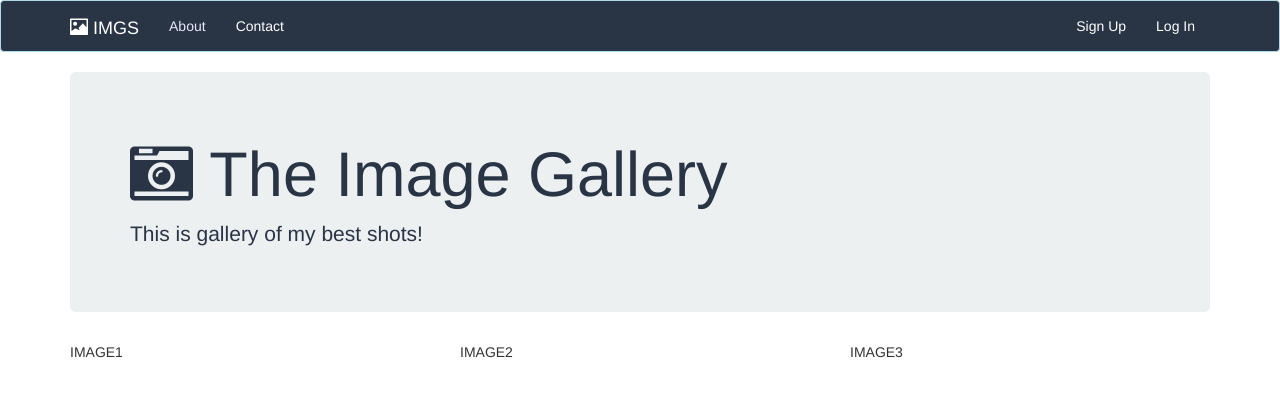
Repository: mmaurice/WebDev
Page: ImageGallery/workspace/gallery.html
The author's editor kept a record of every edit. The page is drawn from the files as they stood at one moment, then again after the next edit.
The browser window is 1280 px wide. The pictures show the whole page.
The pointer rests on the first visible `.navbar-default .navbar-nav > li > a`.

Above is the page before.

### ImageGallery/workspace/gallery.html
<!DOCTYPE html>
<html>
<head>
	<title>Image Gallery</title>
	<link rel="stylesheet" href="https://maxcdn.bootstrapcdn.com/bootstrap/3.3.7/css/bootstrap.min.css" integrity="sha384-BVYiiSIFeK1dGmJRAkycuHAHRg32OmUcww7on3RYdg4Va+PmSTsz/K68vbdEjh4u" crossorigin="anonymous">
	<link rel="stylesheet" href="https://cdnjs.cloudflare.com/ajax/libs/font-awesome/4.7.0/css/font-awesome.min.css">
	<link rel="stylesheet" type="text/css" href="styles.css">
</head>
<body>

<nav class="navbar navbar-default">
  <div class="container">
    <!-- Brand and toggle get grouped for better mobile display -->
    <div class="navbar-header">
      <button type="button" class="navbar-toggle collapsed" data-toggle="collapse" data-target="#bs-example-navbar-collapse-1" aria-expanded="false">
        <span class="sr-only">Toggle navigation</span>
        <span class="icon-bar"></span>
        <span class="icon-bar"></span>
        <span class="icon-bar"></span>
      </button>
      <div class="brand-icon">
        <a class="navbar-brand" href="#">
          <span class="glyphicon glyphicon-picture"></span>
          IMGS
        </a>
      </div>

    </div>

    <!-- Collect the nav links, forms, and other content for toggling -->
    <div class="collapse navbar-collapse" id="bs-example-navbar-collapse-1">
      <ul class="nav navbar-nav">
        <li><a href="#">About</a></li>
        <li><a href="#">Contact</a></li>
      </ul>
      <ul class="nav navbar-nav navbar-right">
        <li><a href="#">Sign Up</a></li>
        <li><a href="#">Log In</a></li>
      </ul>
    </div><!-- /.navbar-collapse -->
  </div><!-- /.container -->
</nav>

<div class="container">
  <div class="jumbotron">
    <h1>
      <span class="fa fa-camera-retro"></span>
      The Image Gallery
    </h1>
    <p>This is gallery of my best shots!</p>
  </div>
</div>

<div class="container">
  <div class="row">
    <div class="col-md-4">
      <p>IMAGE1</p>
    </div>
    <div class="col-md-4">
      <p>IMAGE2</p>
    </div>
    <div class="col-md-4">
      <p>IMAGE3</p>
    </div>
  </div>

</div>


<script
  src="https://code.jquery.com/jquery-3.3.1.js"
  integrity="sha256-2Kok7MbOyxpgUVvAk/HJ2jigOSYS2auK4Pfzbm7uH60="
  crossorigin="anonymous"></script>
<script
  src="https://maxcdn.bootstrapcdn.com/bootstrap/3.3.7/js/bootstrap.min.js"
  integrity="sha384-Tc5IQib027qvyjSMfHjOMaLkfuWVxZxUPnCJA7l2mCWNIpG9mGCD8wGNIcPD7Txa"
  crossorigin="anonymous"></script>
</body>
</html>

### ImageGallery/workspace/styles.css
/*.navbar-default{*/
/*	background-color: #4682B4;*/
/*}*/

/* Title */
/*.navbar-default .navbar-brand {*/
/*    color: white;*/
/*}*/

/*.navbar-default .navbar-brand:hover,*/
/*.navbar-default .navbar-brand:focus {*/
/*    color: #E6E6FA;*/
/*}*/

/*.navbar-default .navbar-nav > li > a {*/
/*    color: white;*/
/*}*/
/*.navbar-default .navbar-nav > li > a:hover,*/
/*.navbar-default .navbar-nav > li > a:focus {*/
/*    color: #E6E6FA;*/
/*}*/

.navbar-default {
  background-color: #293445;
  border-color: #add8e6;
}
.navbar-default .navbar-brand {
  color: #ffffff;
}
.navbar-default .navbar-brand:hover,
.navbar-default .navbar-brand:focus {
  color: #e6e6fa;
}
.navbar-default .navbar-text {
  color: #ffffff;
}
.navbar-default .navbar-nav > li > a {
  color: #ffffff;
}
.navbar-default .navbar-nav > li > a:hover,
.navbar-default .navbar-nav > li > a:focus {
  color: #e6e6fa;
}
.navbar-default .navbar-nav > .active > a,
.navbar-default .navbar-nav > .active > a:hover,
.navbar-default .navbar-nav > .active > a:focus {
  color: #e6e6fa;
  background-color: #add8e6;
}
.navbar-default .navbar-nav > .open > a,
.navbar-default .navbar-nav > .open > a:hover,
.navbar-default .navbar-nav > .open > a:focus {
  color: #e6e6fa;
  background-color: #add8e6;
}
.navbar-default .navbar-toggle {
  border-color: #add8e6;
}
.navbar-default .navbar-toggle:hover,
.navbar-default .navbar-toggle:focus {
  background-color: #add8e6;
}
.navbar-default .navbar-toggle .icon-bar {
  background-color: #ffffff;
}
.navbar-default .navbar-collapse,
.navbar-default .navbar-form {
  border-color: #ffffff;
}
.navbar-default .navbar-link {
  color: #ffffff;
}
.navbar-default .navbar-link:hover {
  color: #e6e6fa;
}

@media (max-width: 767px) {
  .navbar-default .navbar-nav .open .dropdown-menu > li > a {
    color: #ffffff;
  }
  .navbar-default .navbar-nav .open .dropdown-menu > li > a:hover,
  .navbar-default .navbar-nav .open .dropdown-menu > li > a:focus {
    color: #e6e6fa;
  }
  .navbar-default .navbar-nav .open .dropdown-menu > .active > a,
  .navbar-default .navbar-nav .open .dropdown-menu > .active > a:hover,
  .navbar-default .navbar-nav .open .dropdown-menu > .active > a:focus {
    color: #e6e6fa;
    background-color: #add8e6;
  }
}

/*.brand-icon{*/
/*	font-family: "Helvetica Neue", Helvetica, Arial, sans-serif;*/
/*	padding-bottom: 10px;*/
/*}*/

.jumbotron{
	color: #293445;
	font-weight: 800;
	background: #ecf0f1;
}

After the next edit:
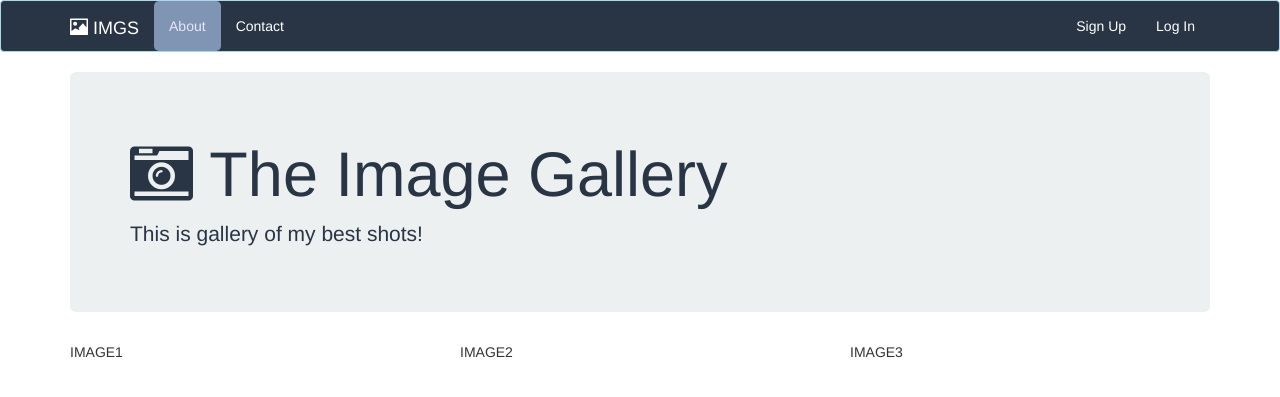
The edit:
--- a/ImageGallery/workspace/styles.css
+++ b/ImageGallery/workspace/styles.css
@@ -40,6 +40,8 @@
 .navbar-default .navbar-nav > li > a:hover,
 .navbar-default .navbar-nav > li > a:focus {
   color: #e6e6fa;
+  background-color: #8094b3;
+  border-radius: 5px;
 }
 .navbar-default .navbar-nav > .active > a,
 .navbar-default .navbar-nav > .active > a:hover,
